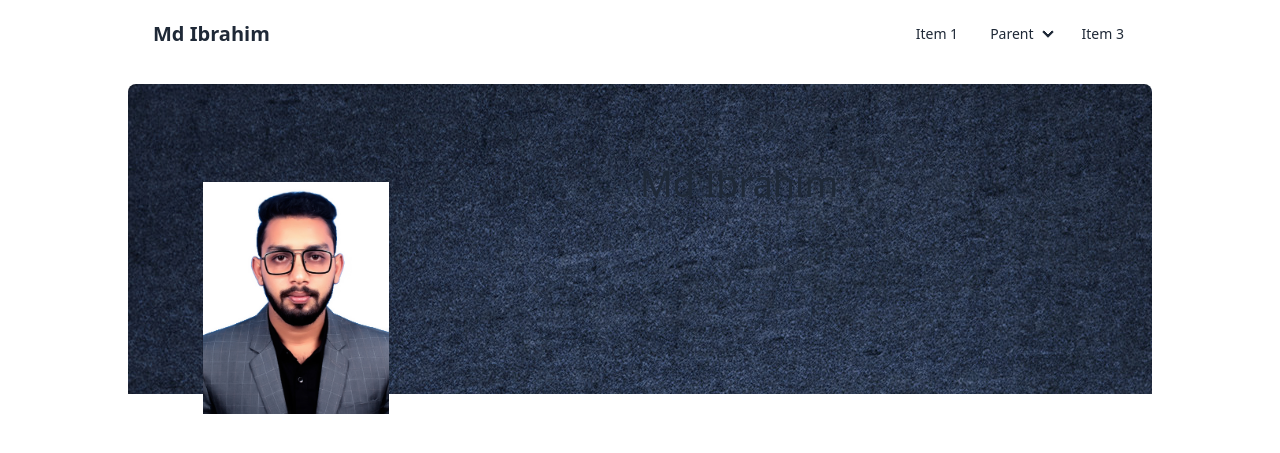
Repository: mdrubel02/portfilo
Page: /
An editor plug-in stored every save of this project. The page is shown before and after the next save, followed by the edit.
The browser window is 1280 px wide. The pictures show the whole page.
The project was rebuilt for these pictures with package versions that can differ from the ones it lists, and the page was loaded fresh each time. Also part of the build but not shown: vite.config.js.

Above is the page before, as saved 2023-06-25 14:02:13.

After the next save:
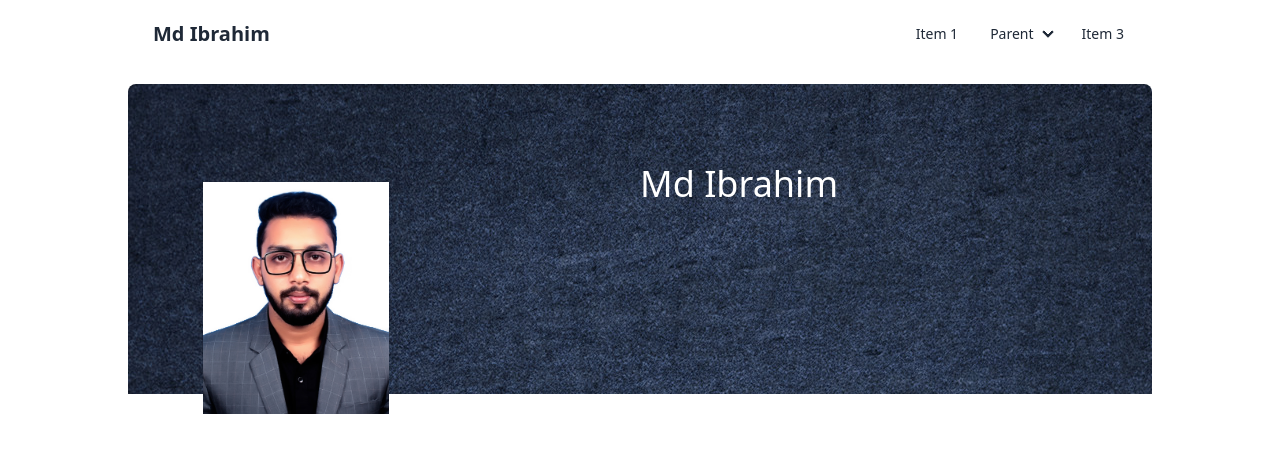
Saved 4 min 4 s later.
--- a/src/Pages/Home/Home.jsx
+++ b/src/Pages/Home/Home.jsx
@@ -15,7 +15,7 @@ const Home = () => {
                         </div>
                         <div className='lg:w-1/2 flex justify-start items-center'>
                             <div className='mt-20 w-60'>
-                                <h3 className='text-4xl'>Md Ibrahim</h3>
+                                <h3 className='text-4xl text-white semi-bold'>Md Ibrahim</h3>
                             </div>
                         </div>
                     </div>
